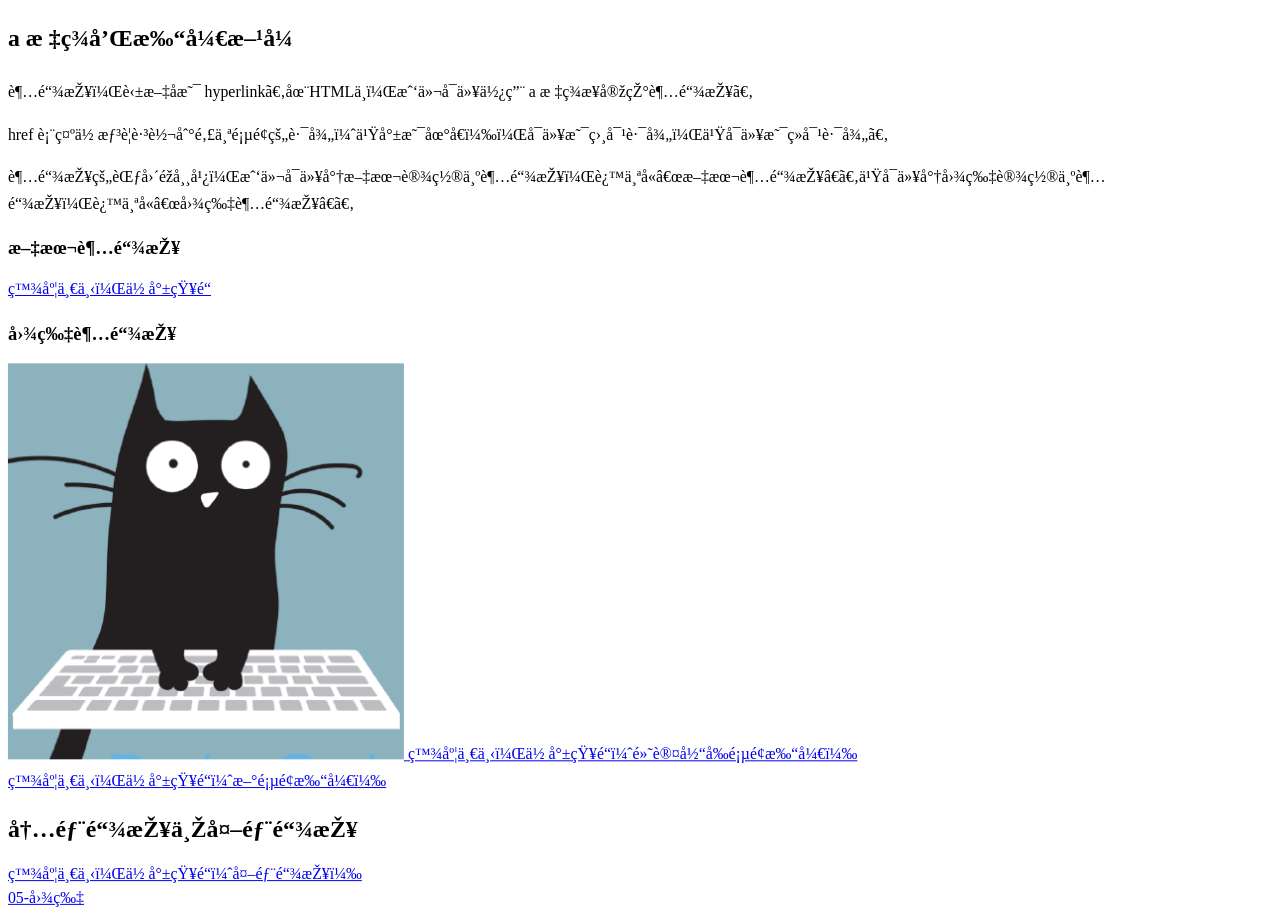
Repository: liang-n/front-end-basics
Page: 08-超链接.html
These files come from the project's save history. The page is drawn as it stood at one moment and after the next save; the edit follows.
The browser window is 1280 px wide. The pictures show the whole page, at 99% of full size.

Above is the page before, as saved 2022-05-15 13:25:02.

After the next save:
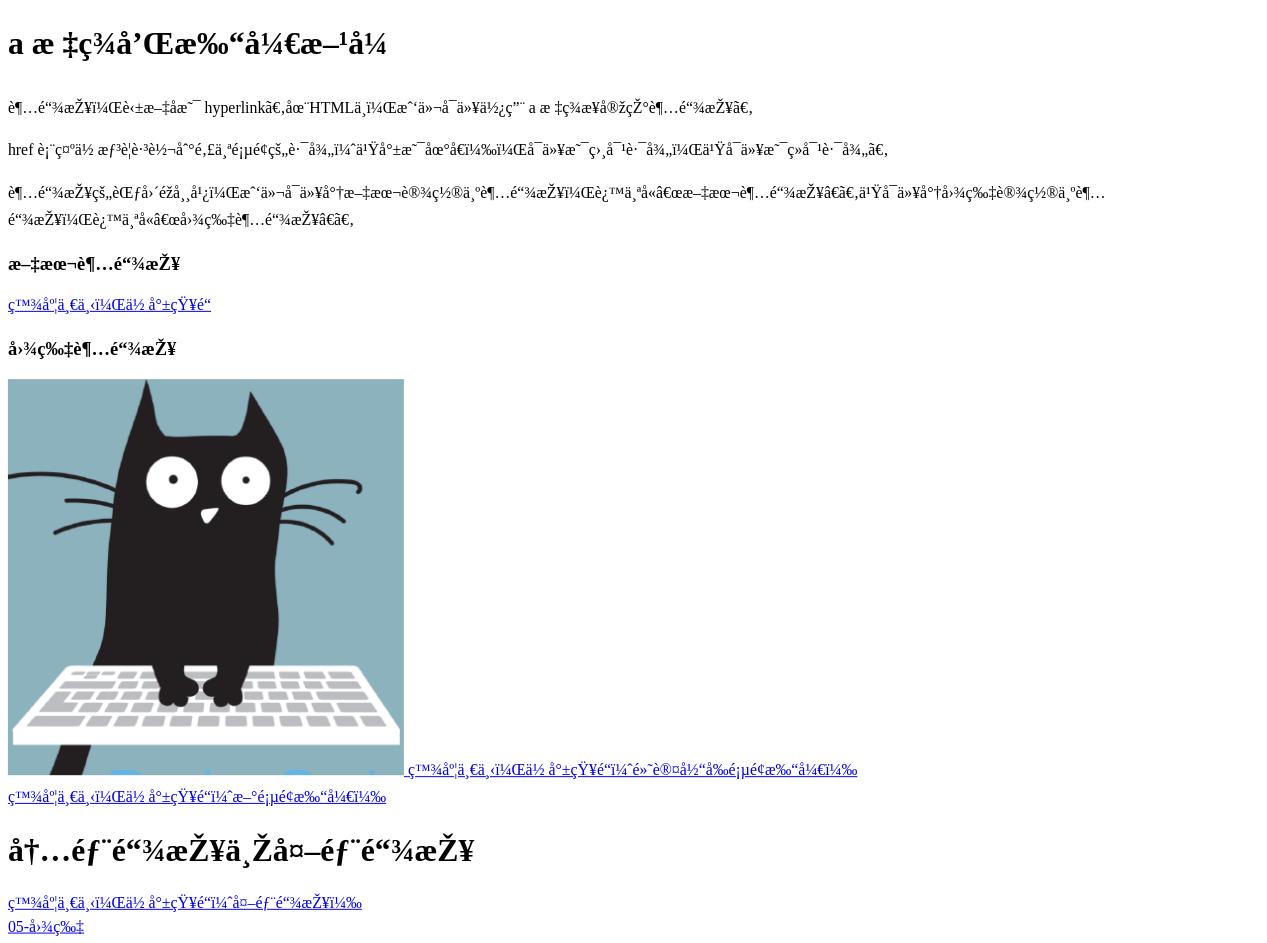
Saved 61 s later.
--- a/08-超链接.html
+++ b/08-超链接.html
@@ -8,7 +8,7 @@
 
 <body>
     <div>
-        <h2>a 标签和打开方式</h2>
+        <h1>a 标签和打开方式</h1>
         <p>超链接，英文名是 hyperlink。在HTML中，我们可以使用 a 标签来实现超链接。</p>
         <p>href 表示你想要跳转到那个页面的路径（也就是地址），可以是相对路径，也可以是绝对路径。</p>
         <p>超链接的范围非常广，我们可以将文本设置为超链接，这个叫“文本超链接”。也可以将图片设置为超链接，这个叫“图片超链接”。</p>
@@ -22,7 +22,7 @@
         <br>
         <a href="https://www.baidu.coom/" target="_blank">百度一下，你就知道（新页面打开）</a>
     </div>
-    <h2>内部链接与外部链接</h2>
+    <h1>内部链接与外部链接</h1>
     <a href="http://www.baidu.com/" target="_blank">百度一下，你就知道（外部链接）</a>
     <br>
     <a href="05-图片.html">05-图片</a>
